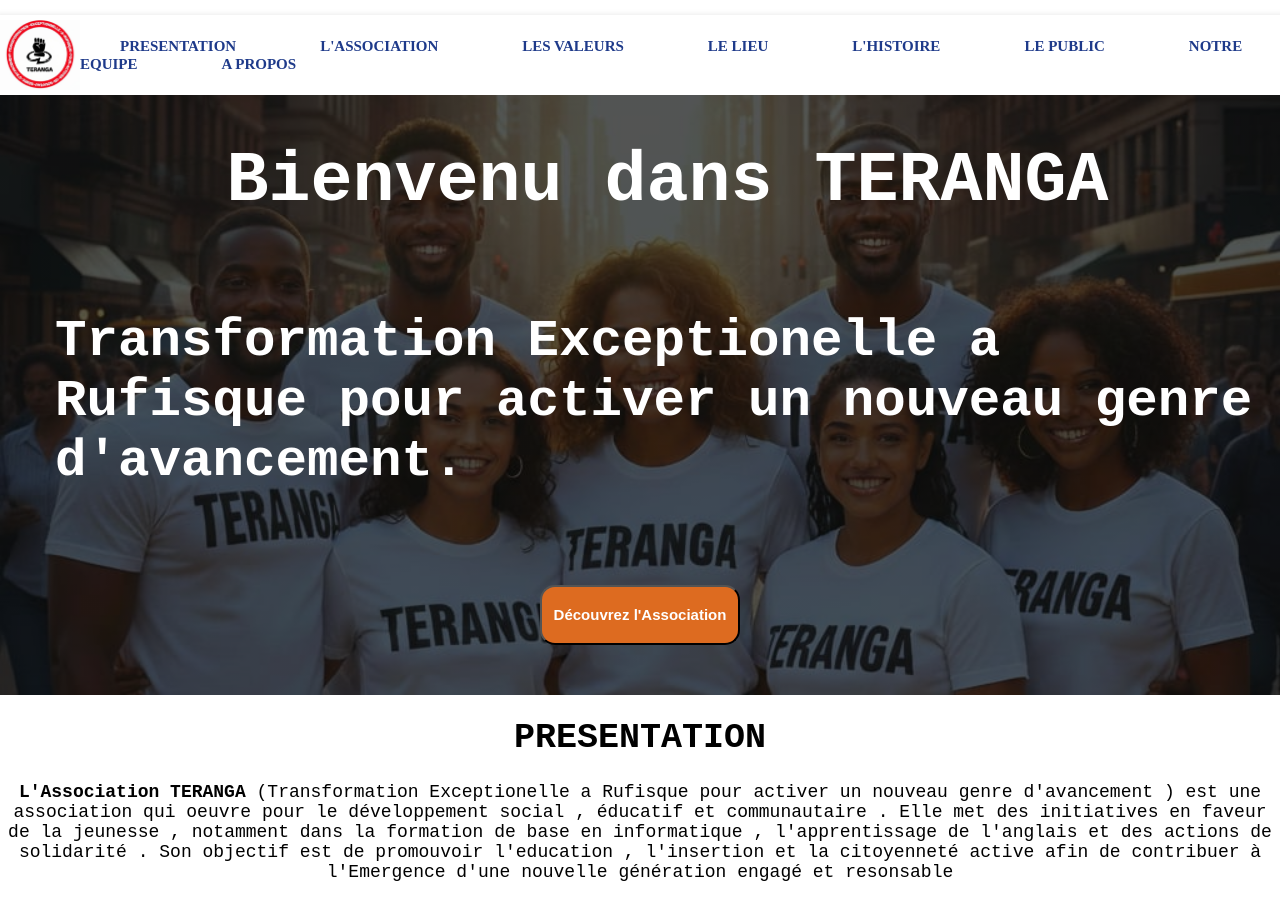
Repository: assanendao171/projet-teranga
Page: presentation.html
The author's editor kept a copy of each file at every save. The page is drawn from the files as they stood at one save, then again after the next save.
The browser window is 1280 px wide. The pictures show the whole page.

Above is the page before, as saved 2026-02-11 13:22:06.

### presentation.html
<!DOCTYPE html>
<html lang="en">
<head>
    <meta charset="UTF-8">
    <meta name="viewport" content="width=device-width, initial-scale=1.0">
    <title>Document</title>
    <link rel="stylesheet" href="presentation.css">
</head>
<body>
<!-- l'entete -->
 <header>
        <!-- logo -->
<img src="image/logo.jpeg" alt="" class="logo">
<div class="btn-nav">

    <nav>

<a href="presentation.html" target="_blank">PRESENTATION</a>
<a href="association.html" target="_blank">L'ASSOCIATION</a>
<a href="valeur.html" target="_blank">LES VALEURS</a>
<a href="lieu.html" target="_blank">LE LIEU</a>
<a href="histoire.html" target="_blank">L'HISTOIRE</a>
<a href="public.html" target="_blank">LE PUBLIC</a>
<a href="equipe.html" target="_blank">NOTRE EQUIPE</a>
<a href="propos.html" target="_blank">A PROPOS</a>
    </nav>
</div>
 </header>
 <!-- le hero -->
  <div class="hero">
<div class="texte-accrosse">
    <h1>Bienvenu dans TERANGA</h1>
    <h2>Transformation Exceptionelle a Rufisque pour activer un nouveau genre d'avancement.</h2>
</div>
<!-- btn-hero -->
 <div class="btn">
<button class="btn-hero">Découvrez l'Association</button>
</div>
  </div>
 <!-- le corps -->
  <main>
    <h1 id="h-presentation">PRESENTATION</h1>
    <p id="p-presentation"><strong>L'Association TERANGA </strong> (Transformation Exceptionelle a Rufisque pour activer un nouveau genre d'avancement ) est une association
    qui oeuvre pour le développement social , éducatif et communautaire . Elle met  des initiatives en faveur de la jeunesse , notamment dans la formation de base en informatique ,
    l'apprentissage de l'anglais et des actions de solidarité . Son objectif  est de promouvoir l'education , l'insertion et la citoyenneté active afin de contribuer
à l'Emergence d'une nouvelle génération engagé et resonsable</p>
  </main>
  <!-- le pieds -->
   <footer></footer>
</body>
</html>

### presentation.css
body{
    margin: 15px 0 5px 0;
}
header{
width: 100%;
height: 80px;
background-color: #FFFFFF;
box-shadow: 2px 6px 6px 6px rgba(0, 0, 0, 0.1);
display: flex;
align-items: center;
justify-content: center;
}
nav a{
    margin: 40px;
    color: #1E3A8A;
    text-decoration: none;
    font-size: 15px;
    font-weight:900;
}
nav a:hover{
    text-decoration: underline;
}
.logo{
    width: 80px;
left: 10px;
}
.hero{
  width:100%;
  height:600px ;
  background-image:
    linear-gradient(rgba(0, 0, 0, 0.6), rgba(0, 0, 0, 0.6)),
    url("image/background.jpeg");
  background-size: cover;
  background-position: top;
  background-repeat: no-repeat;
}
.texte-accrosse{
display: flex;
flex-direction: column;
justify-content: center;
align-items: center;
color: rgb(255, 255, 255);
font-size: 35px;
font-family: 'Courier New', Courier, monospace;
margin-left: 55px;
}
.btn-hero{
width: 200px;
height: 60px;
border-radius: 15px;
background-color: #DD6B20;
color: #FFFFFF;
font-size: 15px;
font-weight: 600;
}
.btn{
    padding: 50px;
    display: flex;
    flex-direction: column;
    justify-content: center;
    align-items: center;
}
#h-presentation{
    text-align: center;
    font-size: 35px;
font-family: 'Courier New', Courier, monospace;
}
#p-presentation{
    text-align: center;
    font-size: 18px;
font-family: 'Courier New', Courier, monospace;
}

After the next save:
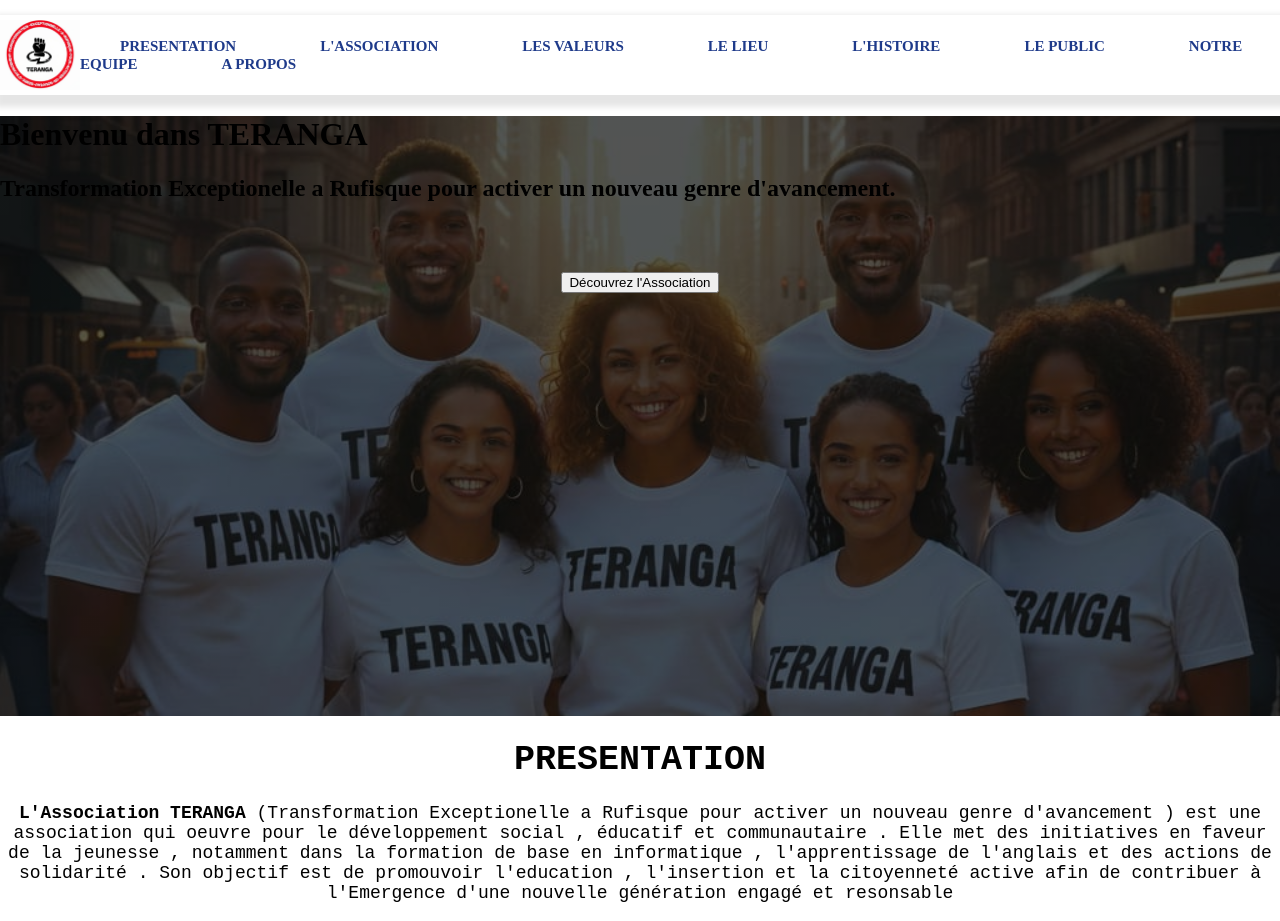
Saved 25 s later.
--- a/presentation.css
+++ b/presentation.css
@@ -34,7 +34,7 @@ left: 10px;
   background-position: top;
   background-repeat: no-repeat;
 }
-.texte-accrosse{
+/* .texte-accrosse{
 display: flex;
 flex-direction: column;
 justify-content: center;
@@ -42,7 +42,7 @@ align-items: center;
 color: rgb(255, 255, 255);
 font-size: 35px;
 font-family: 'Courier New', Courier, monospace;
-margin-left: 55px;
+margin-left: 55px; */
 }
 .btn-hero{
 width: 200px;

After the save that followed:
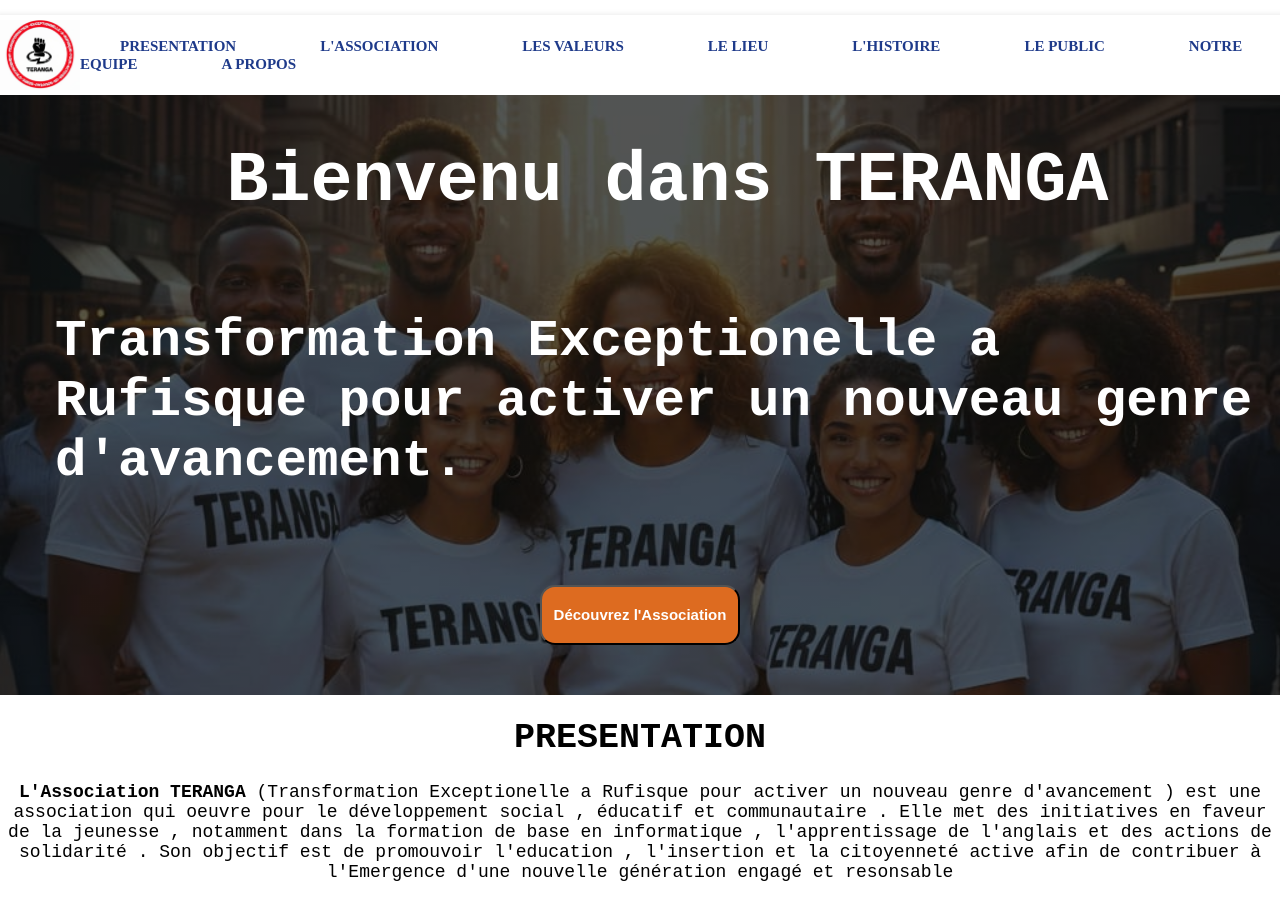
Saved 9 s later.
--- a/presentation.css
+++ b/presentation.css
@@ -34,7 +34,7 @@ left: 10px;
   background-position: top;
   background-repeat: no-repeat;
 }
-/* .texte-accrosse{
+.texte-accrosse{
 display: flex;
 flex-direction: column;
 justify-content: center;
@@ -42,7 +42,7 @@ align-items: center;
 color: rgb(255, 255, 255);
 font-size: 35px;
 font-family: 'Courier New', Courier, monospace;
-margin-left: 55px; */
+margin-left: 55px;
 }
 .btn-hero{
 width: 200px;
